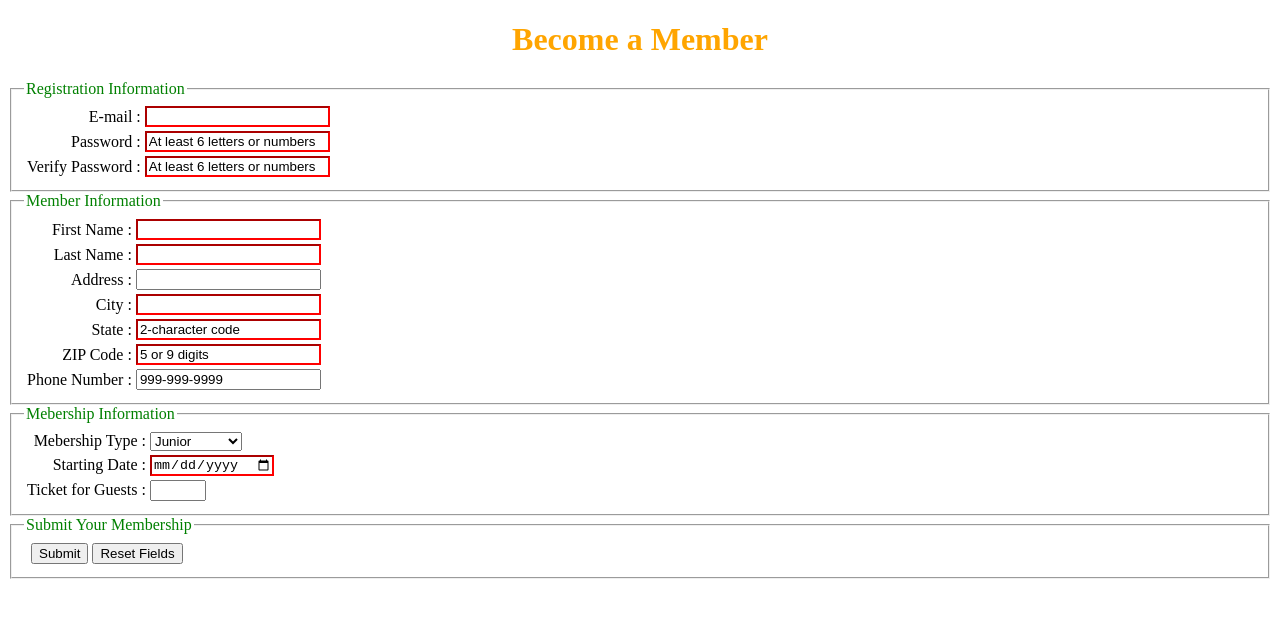
Repository: kjungyoun/Web_Study_2021
Page: homework_front/WebContent/0302/0302.html
These files come from the project's save history. The page is drawn as it stood at one moment and after the next save; the edit follows.
The browser window is 1280 px wide. The pictures show the whole page.

Above is the page before, as saved 2021-03-02 12:27:32.

After the next save:
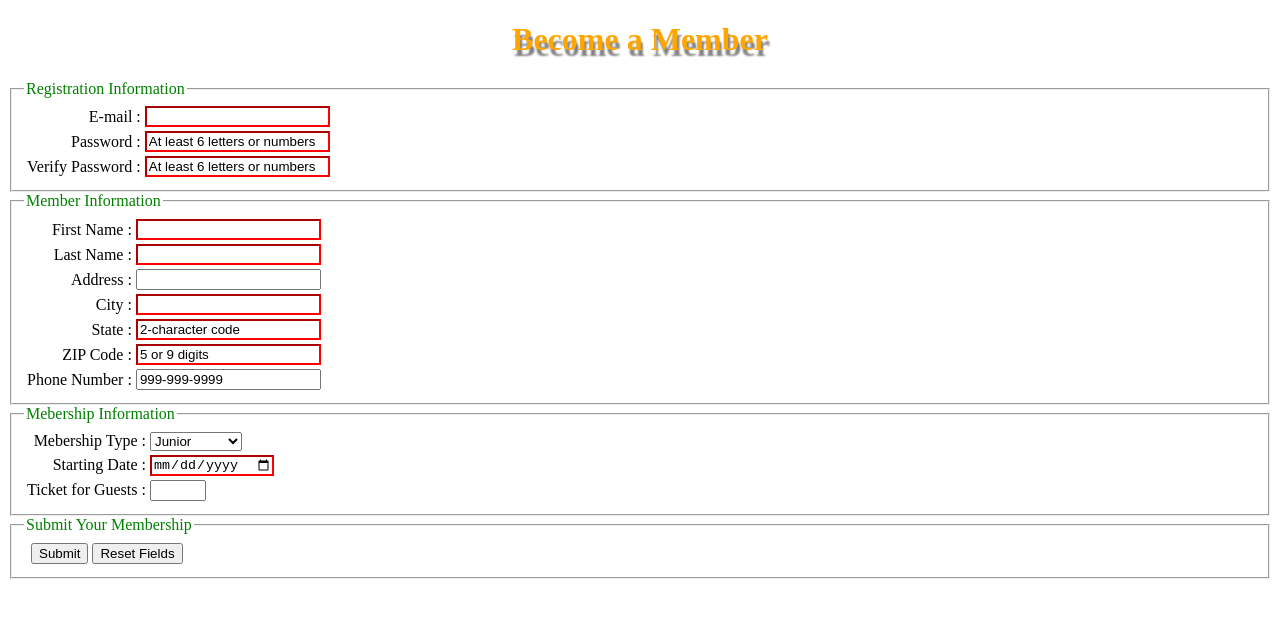
Saved 31 s later.
--- a/homework_front/WebContent/0302/0302.html
+++ b/homework_front/WebContent/0302/0302.html
@@ -12,7 +12,8 @@
 	}
 	h1 {
 	font-family: "Arial Black", sans-serif;
-	color:orange
+	color:orange;
+	text-shadow: 2px 6px 2px gray;
 	}
 </style>
 </head>
